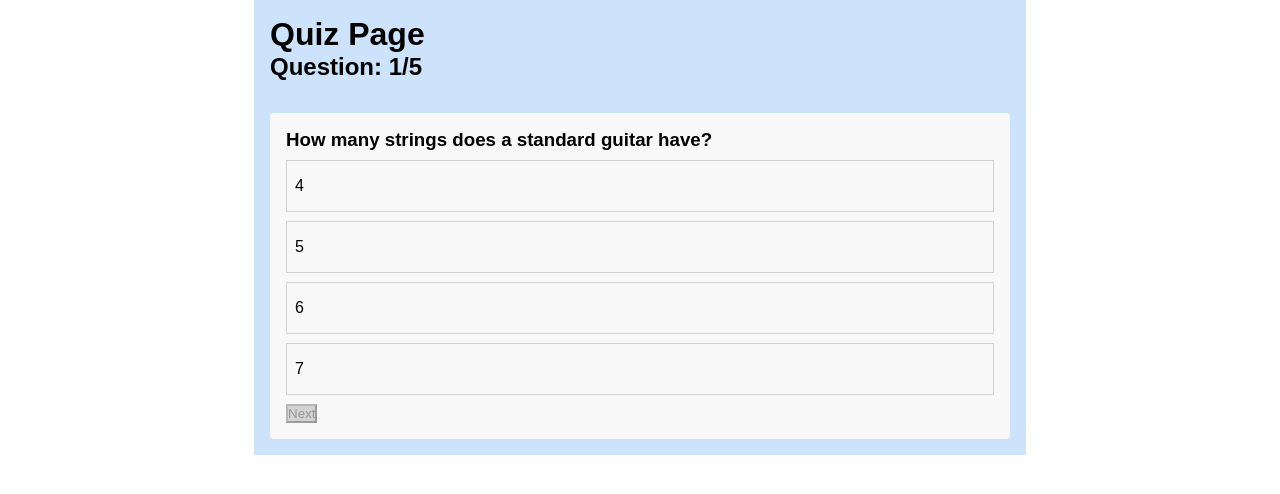
Repository: 1medi/pocketprof
Page: /quiz/page
These files come from the project's save history. The page is drawn as it stood at one moment and after the next save; the edit follows.
The browser window is 1280 px wide. The pictures show the whole page.
The project was rebuilt for these pictures with package versions that can differ from the ones it lists, and the page was loaded fresh each time. The framework's server and built-in components were replaced by stand-ins that run in the browser. Also part of the build but not shown: next.config.mjs.

Above is the page before, as saved 2024-04-07 00:35:28.

### pages/quiz/page.jsx
'use client';
import React, { useState } from 'react';
import { quiz } from "../data"
import styles from "./page.module.css"
import { Montserrat } from "next/font/google"

const notoSans = Montserrat({
  subsets: ['latin'], // Specify any subsets, if needed
});
export default function Page() {
  const [activeQuestion, setActiveQuestion] = useState(0);
  const [selectedAnswer, setSelectedAnswer] = useState('');
  const [checked, setChecked] = useState(false);
  const [selectedAnswerIndex, setSelectedAnswerIndex] = useState(null);
  const [showResult, setShowResult] = useState(false);
  const [result, setResult] = useState({
    score: 0,
    correctAnswers: 0,
    wrongAnswers: 0,
  });

  const { questions } = quiz;
  const { question, answers, correctAnswer } = questions[activeQuestion];

  const onAnswerSelected = (answer, idx) => {
    setChecked(true);
    setSelectedAnswerIndex(idx);
    if (answer === correctAnswer) {
      setSelectedAnswer(true);
      console.log('true');
    } else {
      setSelectedAnswer(false);
      console.log('false');
    }
  };

  // Calculate score and increment to next question
  const nextQuestion = () => {
    setSelectedAnswerIndex(null);
    setResult((prev) =>
      selectedAnswer
        ? {
            ...prev,
            score: prev.score + 5,
            correctAnswers: prev.correctAnswers + 1,
          }
        : {
            ...prev,
            wrongAnswers: prev.wrongAnswers + 1,
          }
    );
    if (activeQuestion !== questions.length - 1) {
      setActiveQuestion((prev) => prev + 1);
    } else {
      setActiveQuestion(0);
      setShowResult(true);
    }
    setChecked(false);
  };

  return (
    <>
        <div className={`${styles.container}`}>
      <h1 className={styles.title}>Quiz Page</h1>
      <div>
        <h2 className={styles.activeQ}>
          Question: {activeQuestion + 1}
          <span>/{questions.length}</span>
        </h2>
      </div>
      <div>
        {!showResult ? (
          <div className={styles.quizContainer}>
            <h3 className={styles.question}>{questions[activeQuestion].question}</h3>
            {answers.map((answer, idx) => (
              <li
                key={idx}
                onClick={() => onAnswerSelected(answer, idx)}
                className={`${styles.answerList} ${selectedAnswerIndex === idx ? styles.itemSelected : styles.itemHover}`}
              >
                <span>{answer}</span>
              </li>
            ))}
            {checked ? (
              <button onClick={nextQuestion} className={styles.btn}>
                {activeQuestion === question.length - 1 ? 'Finish' : 'Next'}
              </button>
            ) : (
              <button onClick={nextQuestion} disabled className={styles.btnDisabled}>
                {' '}
                {activeQuestion === question.length - 1 ? 'Finish' : 'Next'}
              </button>
            )}
          </div>
        ) : (
          <div className={styles.quizContainer}>
            <h3 className={styles.hthree}>Results</h3>
            <h3 className={styles.hthree}>Overall {(result.score / 25) * 100}%</h3>
            <p className={styles.paragraph}>
              Total Questions: <span>{questions.length}</span>
            </p>
            <p className={styles.paragraph}>
              Total Score: <span>{result.score}</span>
            </p>
            <p className={styles.paragraph}>
              Correct Answers: <span>{result.correctAnswers}</span>
            </p>
            <p className={styles.paragraph}>
              Wrong Answers: <span>{result.wrongAnswers}</span>
            </p>
            <button className={styles.btn} onClick={() => window.location.reload()}>Restart</button>
          </div>
        )}
      </div>
    </div>
    </>

  );
};

### pages/api/chat-gpt/route.js
import { NextResponse } from "next/server";

export async function POST(request) {
  return NextResponse.json({
    name: "IT WORKS!!!",
  });
}

### styles/globals.css
:root {
background-color: white;
align-content: center;
--main-color-purple: #8E71D5;
--main-color-lightpurple: #CCBFED;
--secondary-color-blue: #9AB7F9;
--secondary-color-lightblue: #CCE3FB;

--main-font: "mont", sans-serif;


}


* {
    padding: 0;
    margin: 0;
  }

  ol,
  ul {
    list-style: none;
  }

### pages/data.js
export const quiz = {
    totalQuestions: 5,
    questions: [
      {
        id: 1,
        question: 'How many strings does a standard guitar have?',
        answers: ['4', '5', '6', '7'],
        correctAnswer: '6',
      },
      {
        id: 2,
        question: 'Which part of the guitar do you strum or pluck the strings with?',
        answers: ['Headstock', 'Fretboard', 'Body', 'Bridge'],
        correctAnswer: 'Body',
      },
      {
        id: 3,
        question: 'What is a pick used for in playing the guitar?',
        answers: ['Holding the strings down', 'Strumming or plucking the strings', 'Keeping the guitar in tune', 'San Marino'],
        correctAnswer: 'Strumming or plucking the strings',
      },
      {
        id: 4,
        question: 'What is the name of the thickest string on the guitar?',
        answers: ['A string', 'E string', 'D string', 'G string'],
        correctAnswer: 'E string',
      },
      {
        id: 5,
        question: 'Where do you place your fingers to play different notes on the guitar?',
        answers: ['On the body', 'On the headstock', 'On the strings over the fretboard', 'On the tuning pegs'],
        correctAnswer: 'On the strings over the fretboard',
      },
    ],
  };

### pages/quiz/page.module.css
.container{
    padding: 1rem;
    background-color: var(--secondary-color-lightblue);
    font-family: "Noto", sans-serif;
  }

.title,
.activeQ{
    color: black;
  }

  .hthree {
    padding-bottom: 2rem;
    color: #000105;
    font-size: 1.8rem;
  }

  .btn {
    padding: 16px 8px;
    width: 100%;
    margin-top: 12px;
    font-size: 1rem;
    border-radius: 4px;
    cursor: pointer;
    background-color: var(--main-color-purple);
    color: #f8f8f8;
  }

  .btnDisabled {
    background-color: lightgray;

  }

  .answerList {
    list-style-type: none;
    cursor: pointer;
    margin: 9px 0;
    padding: 16px 8px;
    color: #000105;
    border: 1px solid lightgray;
  }

  .itemHover:hover {
    background-color: #d8d8d8;
    columns: #fff;
  }

  .itemSelected {
    color: #fff;
    background-color: #000925;
  }

  .container {
    max-width: 740px;
    width: 100%;
    margin: auto;
    padding: 1rem;
  }

  .quizContainer {
    background-color: #f8f8f8;
    padding: 1rem;
    margin-top: 2rem;
    border-radius: 4px;
  }

  .paragraph {
    padding: 8px 0;
  }

Loaded but not shown: pages/_app.js (common file); pages/_document.js (common file); pages/api/hello.js (common file); pages/api/askOscar.js (no copy from this time; the picture is the same without it); pages/api/chat.js (no copy from this time; the picture is the same without it); pages/api/image.js (no copy from this time; the picture is the same without it)

After the next save:
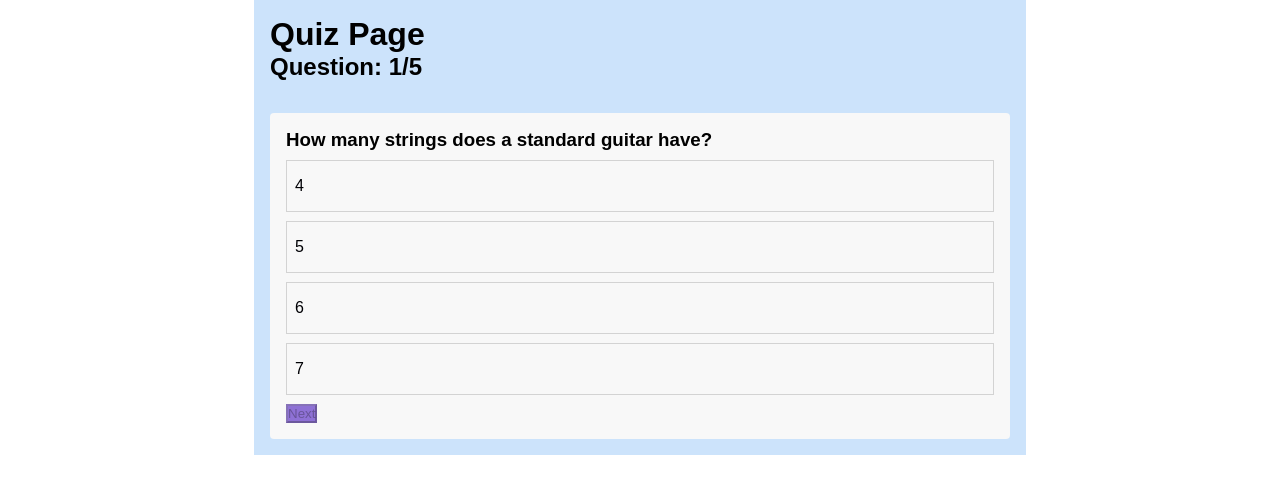
Saved 2 min 0 s later.
--- a/pages/quiz/page.module.css
+++ b/pages/quiz/page.module.css
@@ -27,7 +27,7 @@
   }
 
   .btnDisabled {
-    background-color: lightgray;
+    background-color: var(--main-color-purple);
 
   }
 
